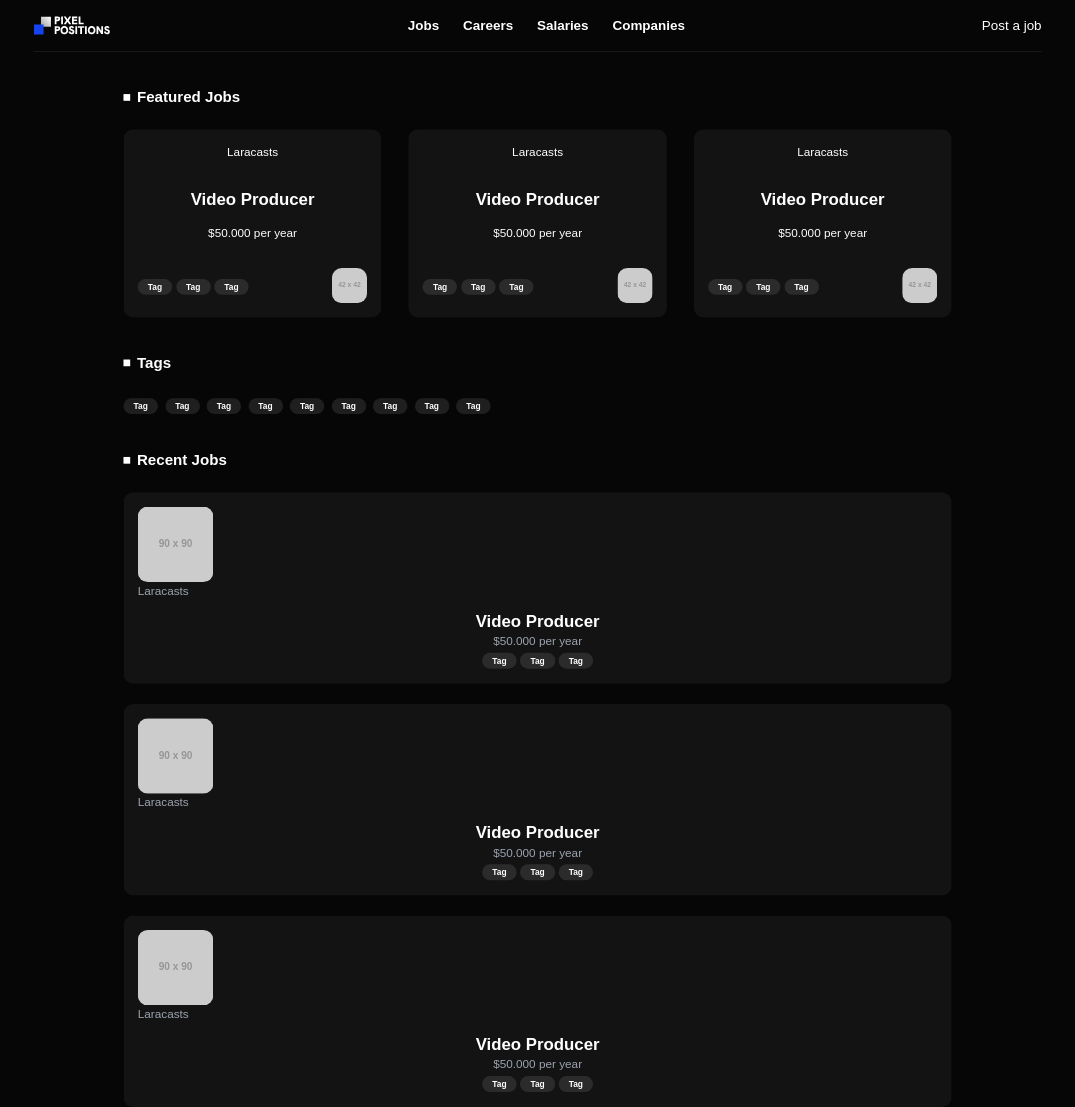
Repository: aggepap/pixel-positions-laravel
Page: http://localhost/
These files come from the project's save history. The page is drawn as it stood at one moment and after the next save; the edit follows.
The browser window is 1280 px wide. The pictures show the whole page, at 84% of full size.
Some web fonts or font styles are not loaded; a fallback is used. The page is served by the project's Laravel application, run on PHP 8.4 with Laravel 12. Style sheets and scripts are compiled from the project's sources, by tool versions that may differ from the author's.

Above is the page before, as saved 2025-02-21 22:20:40.

After the next save:
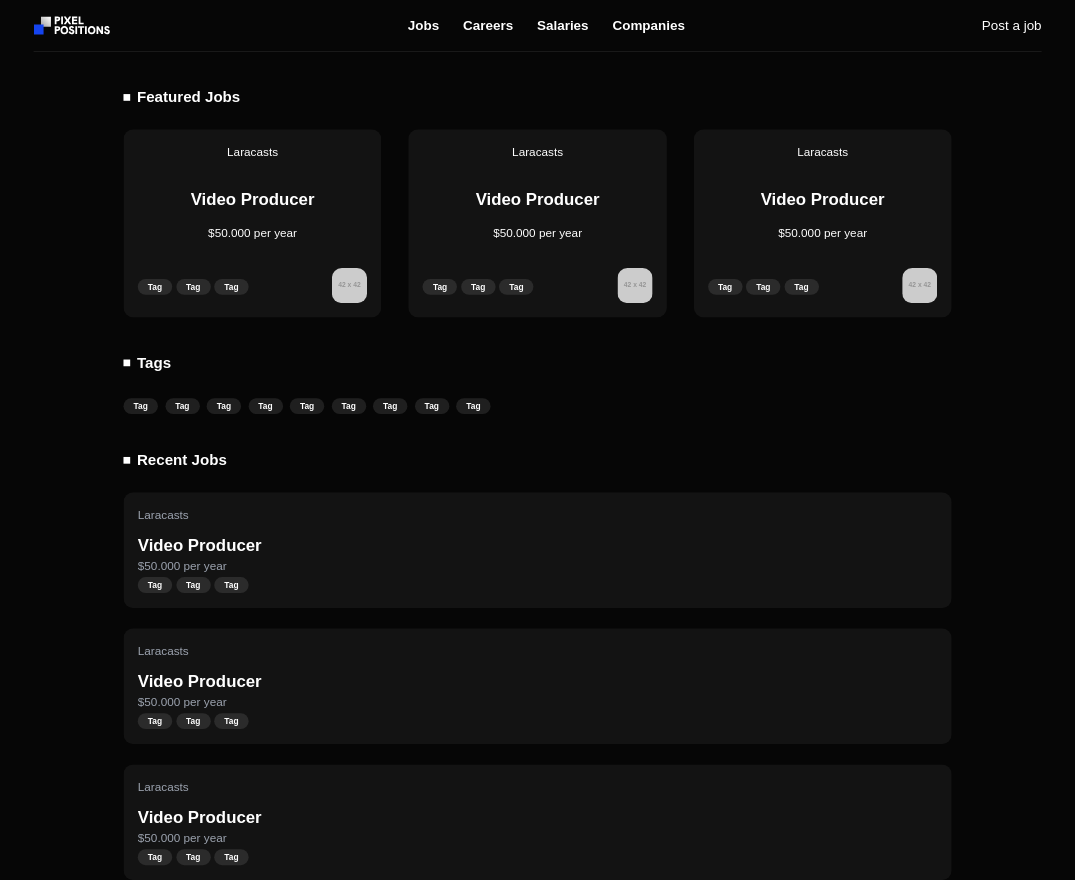
Saved 28 s later.
--- a/resources/views/components/job-card-wide.blade.php
+++ b/resources/views/components/job-card-wide.blade.php
@@ -1,5 +1,5 @@
-
-  <x-panel >
+<div class=" p-4 bg-white/5 rounded-xl flex gap-x-6  border border-transparent hover:border-blue-800 transition-colors duration-300 cursor-pointer group">
+  <x-panel class="flex-col>
   <x-employer-logo :width=90></x-employer-logo>
   <div class="flex-1 flex flex-col justify-between">
 
@@ -15,4 +15,4 @@
 
   </div>
 
-</x-panel>
+</div>
